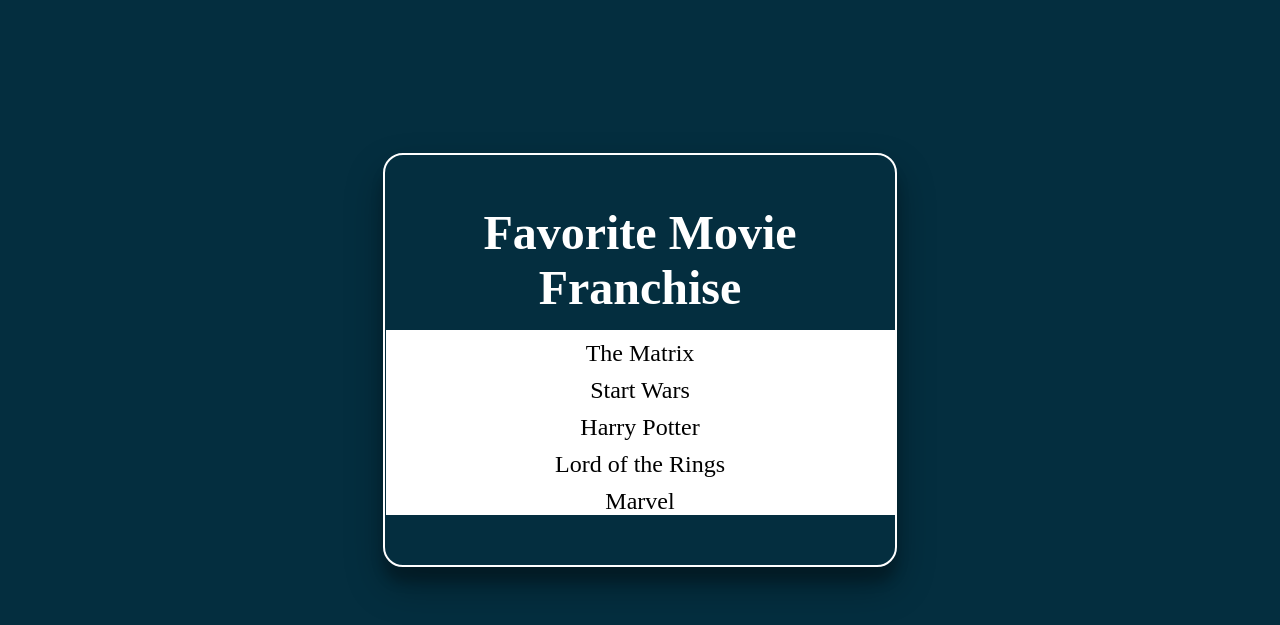
Repository: Ellisvelandia/DOM-Manipulation
Page: index.html
The author's editor kept a copy of each file at every save. The page is drawn from the files as they stood at one save, then again after the next save.
The browser window is 1280 px wide. The pictures show the whole page.

Above is the page before, as saved 2022-08-22 13:58:16.

### index.html
<!DOCTYPE html>
<html lang="en">
<head>
  <meta charset="UTF-8">
  <meta http-equiv="X-UA-Compatible" content="IE=edge">
  <meta name="viewport" content="width=device-width, initial-scale=1.0">
  <link rel="stylesheet" href="style.css">
  <title>Master DOM Manipulation</title>
</head>
<body>
  <div class="container">
    <h1 id="main-heading">Favorite Movie Franchise</h1>
    <ul>
      <li class="list-items">The Matrix</li>
      <li class="list-items">Start Wars</li>
      <li class="list-items">Harry Potter</li>
      <li class="list-items">Lord of the Rings</li>
      <li class="list-items">Marvel</li>
    </ul>

    <script src="app.js"></script>
  </div>
</body>
</html>

### style.css
* {
  padding: 0;
  margin: 0;
}

body {
  background-color: #042e3f;
  max-width: 100%;
  height: 100vh;
  display: flex;
  justify-content: center;
  align-items: center;
}

.container {
  display: flex;
  align-items: center;
  flex-direction: column;
  justify-content: center;
  border: 1px solid transparent;
  padding: 5px;
  border-radius: 20px;
  height: 400px;
  width: 500px;
  border: 2px solid #fff;
  box-shadow: rgba(0, 0, 0, 0.3) 0px 19px 38px,
    rgba(0, 0, 0, 0.22) 0px 15px 12px;
}

#main-heading {
  text-align: center;
  font-size: 3rem;
  font-weight: 600;
  color: #fff;
  margin-bottom: 15px;
}

.list-items {
  text-align: center;
  color: #000;
  font-size: 1.5rem;
  font-weight: 300;
  background-color: #fff;
  padding-top: 10px;
  width: 509px;
  border: ;
}

ul {
  list-style: none;
}

### app.js
// DOM Manipulation

// GetElementById()

const title = document.getElementById("main-heading");

console.log(title);

// GetElementByClassName()

// const listItems = document.getElementsByClassName("list-items");

// console.log(listItems);

// getElementsByTagName()
const listItems = document.getElementsByTagName("li");

console.log(listItems);

// querySelector()

const container = document.querySelector("div");

console.log(container);
// querySelectorAll()

After the next save:
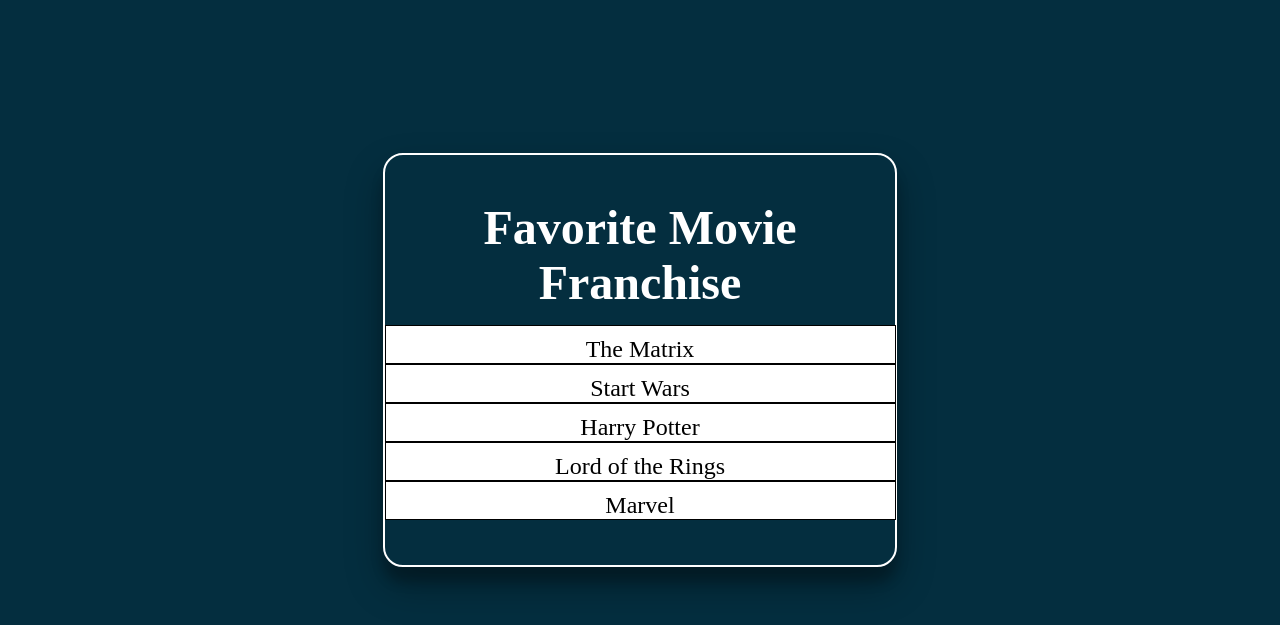
Saved 6 s later.
--- a/style.css
+++ b/style.css
@@ -43,7 +43,7 @@
   background-color: #fff;
   padding-top: 10px;
   width: 509px;
-  border: ;
+  border: #000 solid 1px;
 }
 
 ul {
